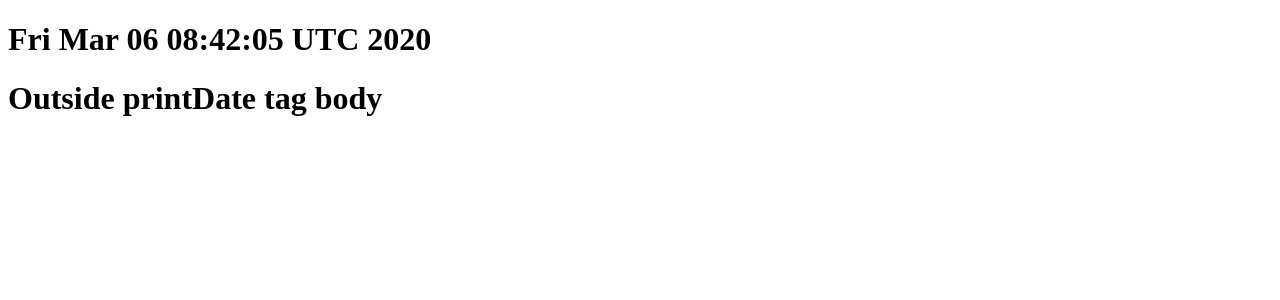
Repository: Solankinikhil/DailyWork
Page: http://localhost/CustomTag/date.jsp
An editor plug-in stored every save of this project. The page is shown before and after the next save, followed by the edit.
The browser window is 1280 px wide. The pictures show the whole page.
The page is served by Tomcat 9.

Above is the page before, as saved 2020-03-11 04:50:21.

After the next save:
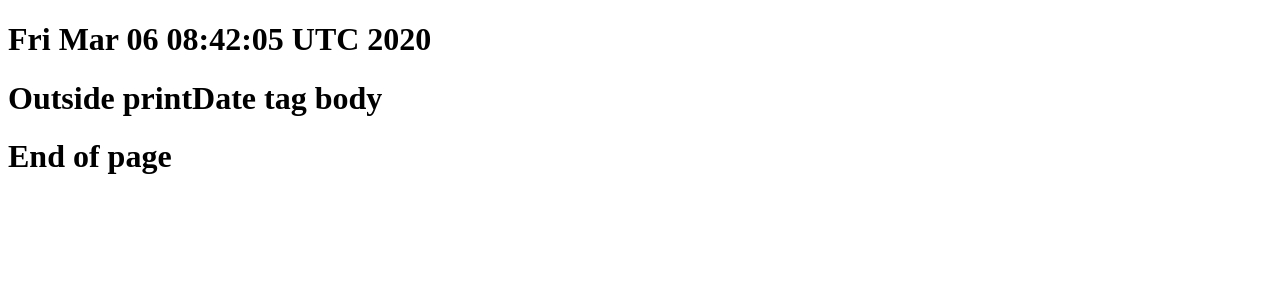
Saved 32 s later.
--- a/eclipse-workspace/CustomTag/WebContent/date.jsp
+++ b/eclipse-workspace/CustomTag/WebContent/date.jsp
@@ -12,5 +12,6 @@
 	<h1>Inside printDate tag body</h1>
 	</pd:printDate>
 	<h1>Outside printDate tag body</h1>
+	<h1>End of page</h1>
 </body>
 </html>
